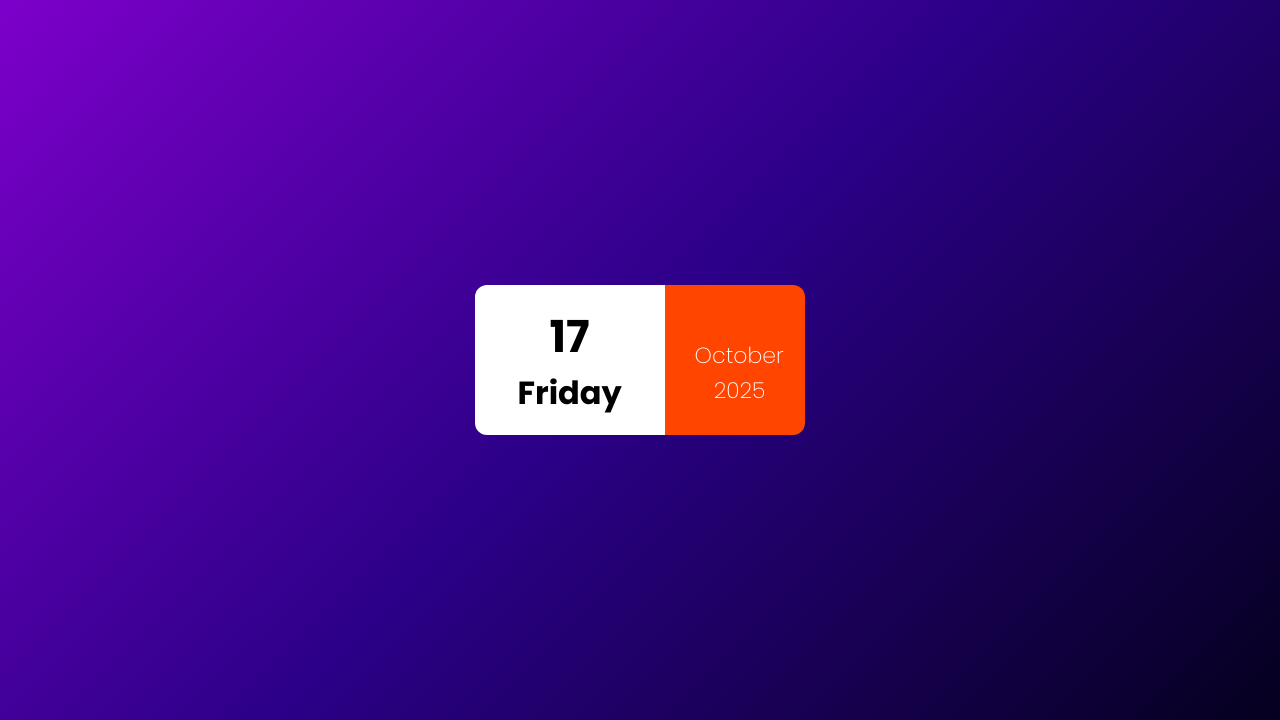
Repository: Ankitkr2021/Calendar
Page: index.html
The author's editor kept a copy of each file at every save. The page is drawn from the files as they stood at one save, then again after the next save.
The browser window is 1280 px wide. The pictures show the whole page.

Above is the page before, as saved 2025-10-17 19:33:41.

After the next save:
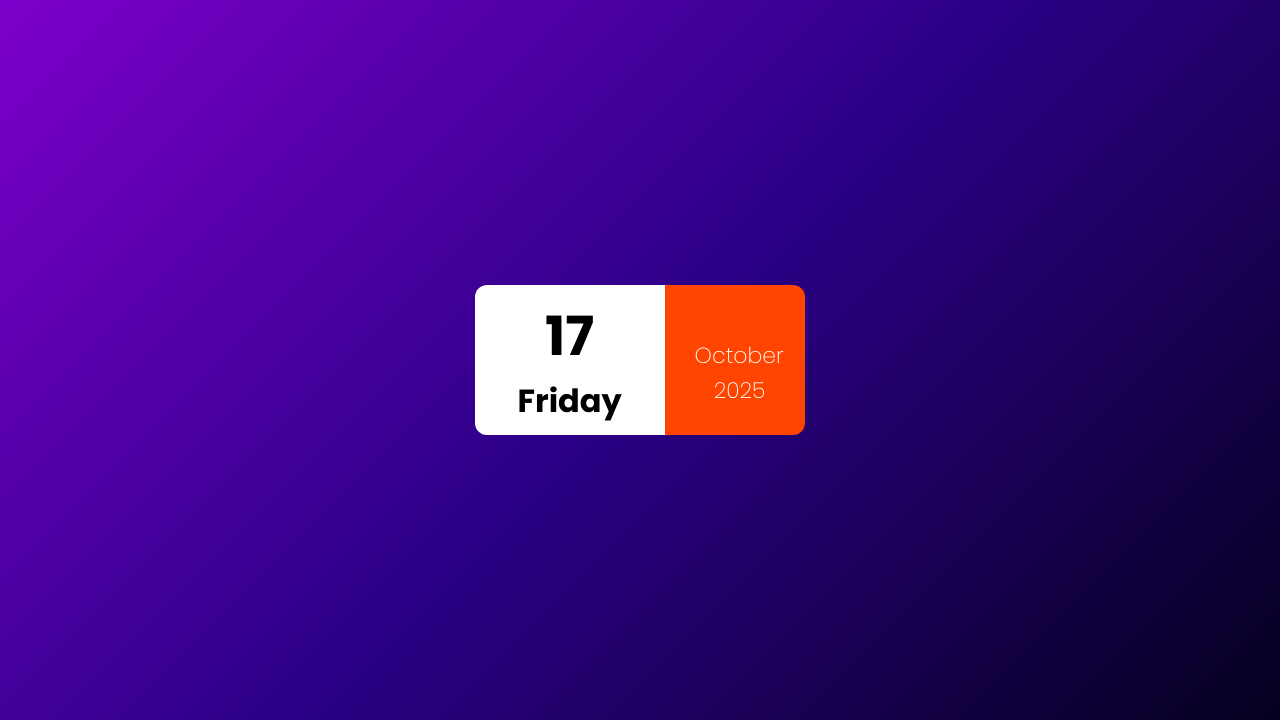
Saved 4 s later.
--- a/style.css
+++ b/style.css
@@ -30,7 +30,7 @@
 
 .din {
     text-align: center;
-    font-size: 44px;
+    font-size: 54px;
 }
 
 .mon {
